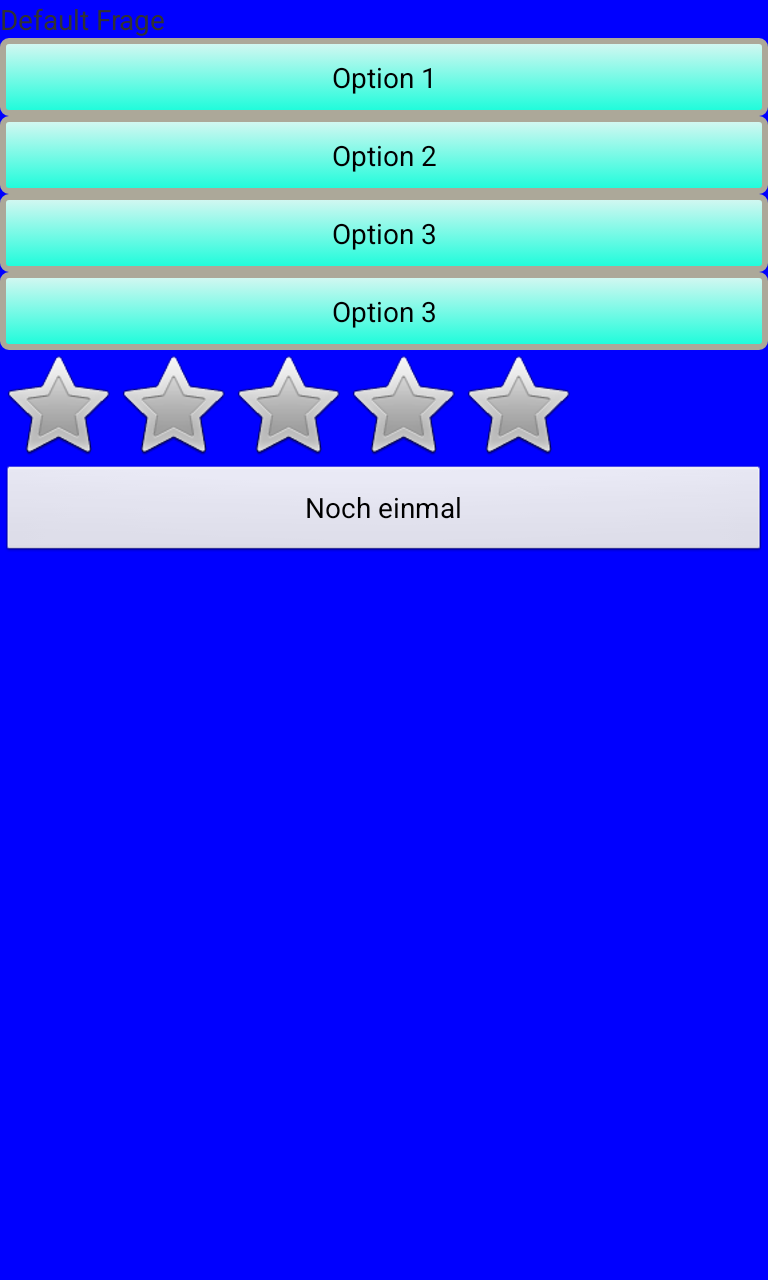
Repository: rueckemann/WWM
Layout: WWM/res/layout/main.xml
These files come from the project's save history. The layout is drawn as it stood at one moment and after the next save; the edit follows.
It is drawn on a 768 x 1280 px phone screen (xhdpi) without system bars, with theme WWM_Style; the app's code is not run.

Above is the layout before, as saved 2012-02-20 20:21:24.

### WWM/res/layout/main.xml
<?xml version="1.0" encoding="utf-8"?>

<LinearLayout xmlns:android="http://schemas.android.com/apk/res/android"
	    android:id="@+id/Layout1"
	    android:layout_width="fill_parent"
	    android:layout_height="fill_parent"
	    android:orientation="vertical" >


    <TextView
        android:id="@+id/tvQuestion"
        android:layout_width="fill_parent"
        android:layout_height="wrap_content"
        android:text="@string/frage" />

		<Button
            android:id="@+id/btOption1"
            android:layout_width="fill_parent"
            android:layout_height="wrap_content"
            android:background="@drawable/button_selector"
            android:text="@string/option1" />
    <Button
        android:id="@+id/btOption2"
        android:layout_width="fill_parent"
        android:layout_height="wrap_content"
        android:background="@drawable/button_selector"
        android:text="@string/option2"  />

    <Button
        android:id="@+id/btOption3"
        android:layout_width="fill_parent"
        android:layout_height="wrap_content"
        android:background="@drawable/button_selector"
        android:text="@string/option3" />


    <Button
        android:id="@+id/btOption4"
        android:layout_width="fill_parent"
        android:layout_height="wrap_content"
        android:background="@drawable/button_selector"
        android:text="@string/option4" />

 <RatingBar
        android:id="@+id/ratingBar1"
        android:layout_width="wrap_content"
        android:layout_height="wrap_content"
        android:stepSize="1"
        android:numStars="5" />

    <Button
        android:id="@+id/btRetry"
        android:layout_width="fill_parent"
        android:layout_height="wrap_content"
        android:text="@string/retry" />

</LinearLayout>

### WWM/res/values/styles.xml
<?xml version="1.0" encoding="utf-8"?>
<resources>

   <style name="WWM_Style" parent="android:Theme.Light">

        <item name="android:textAppearance">@style/WWM_TextAppearance</item>

        <item name="android:windowTitleBackgroundStyle">@color/titlebackgroundcolor</item>
        <item name="android:background">@color/blue</item>
 <!--        <item name="android:windowBackground">@color/black</item>
    		<item name="android:colorBackground">@color/red</item> -->
    </style>

   <style name="WWM_TextAppearance" parent="@android:style/TextAppearance">
	    <item name="android:textSize">12sp</item>
	    <item name="android:textColor">#fff</item>
	    <item name="android:textStyle">bold</item>
	  </style>
</resources>

### WWM/res/values/colors.xml
<?xml version="1.0" encoding="utf-8"?>
<resources>
     <color name="black">#000</color>
     <color name="blue">#00f</color>
     <color name="red">#f00</color>
     <color name="grey">#f00</color>
     <color name="yellow1">#F9E60E</color>
	   <color name="yellow2">#F9F89D</color>
	   <color name="orange4">#F7BE45</color>
	   <color name="orange5">#F7D896</color>
	   <color name="blue2">#19FCDA</color>
	   <color name="blue25">#D9F7F2</color>
	   <color name="grey05">#ACA899</color>
	   <color name="white1">#FFFFFF</color>
	   <color name="white2">#DDDDDD</color>

     <color name="titlebackgroundcolor">#3232CD</color>
     <color name="backgroundcolor">#3232CD</color>
     <color name="titletextcolor">#FFFF00</color>

</resources>

### WWM/res/values/strings.xml
<?xml version="1.0" encoding="utf-8"?>
<resources>

    <string name="app_name">Wer wird Millionär?</string>

    <string name="frage">Default Frage</string>
    <string name="stufe">Stufe 1</string>
    <string name="option1">Option 1</string>
    <string name="option2">Option 2</string>
    <string name="option3">Option 3</string>
    <string name="option4">Option 3</string>

    <string name="retry">Noch einmal</string>
</resources>

### WWM/res/drawable-hdpi/button_selector.xml
<?xml version="1.0" encoding="UTF-8"?>

<selector
    xmlns:android="http://schemas.android.com/apk/res/android">

    <item android:state_pressed="true" >
        <shape>
            <gradient
                android:startColor="@color/blue"
                android:endColor="@color/blue"
                android:angle="270" />
            <stroke
                android:width="3dp"
                android:color="@color/grey" />
            <corners
                android:radius="3dp" />
            <padding
                android:left="10dp"
                android:top="10dp"
                android:right="10dp"
                android:bottom="10dp" />
        </shape>
    </item>

    <item android:state_focused="true" >
        <shape>
            <gradient
                android:endColor="@color/orange4"
                android:startColor="@color/orange5"
                android:angle="270" />
            <stroke
                android:width="3dp"
                android:color="@color/grey05" />
            <corners
                android:radius="3dp" />
            <padding
                android:left="10dp"
                android:top="10dp"
                android:right="10dp"
                android:bottom="10dp" />
        </shape>
    </item>

    <item>
        <shape>
            <gradient
                android:endColor="@color/blue2"
                android:startColor="@color/blue25"
                android:angle="270" />
            <stroke
                android:width="3dp"
                android:color="@color/grey05" />
            <corners
                android:radius="3dp" />
            <padding
                android:left="10dp"
                android:top="10dp"
                android:right="10dp"
                android:bottom="10dp" />
        </shape>
    </item>
</selector>

After the next save:
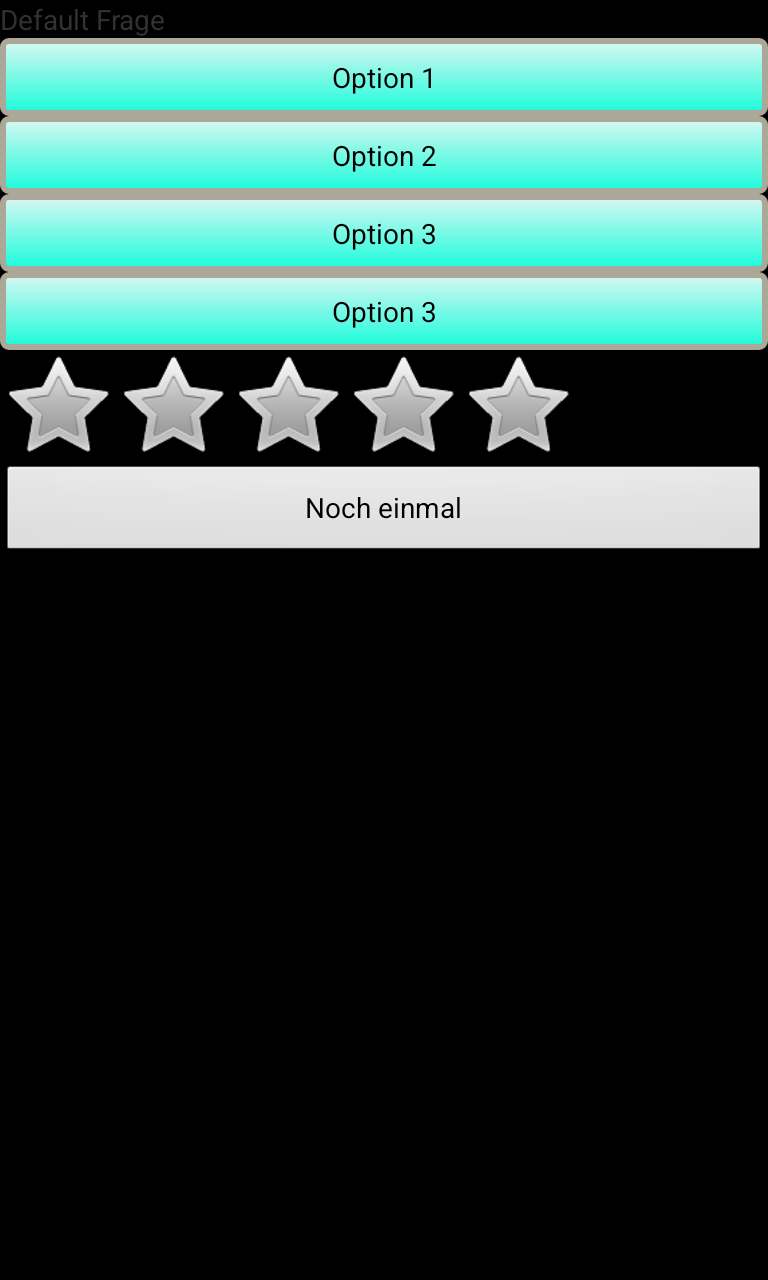
Saved 58 s later.
--- a/WWM/res/values/styles.xml
+++ b/WWM/res/values/styles.xml
@@ -6,9 +6,9 @@
         <item name="android:textAppearance">@style/WWM_TextAppearance</item>
 
         <item name="android:windowTitleBackgroundStyle">@color/titlebackgroundcolor</item>
-        <item name="android:background">@color/blue</item>
- <!--        <item name="android:windowBackground">@color/black</item>
-    		<item name="android:colorBackground">@color/red</item> -->
+      <!--   <item name="android:background">@color/blue</item> -->
+         <item name="android:windowBackground">@color/black</item>
+    		<item name="android:colorBackground">@color/red</item>
     </style>
 
    <style name="WWM_TextAppearance" parent="@android:style/TextAppearance">

After the 5 saves that followed:
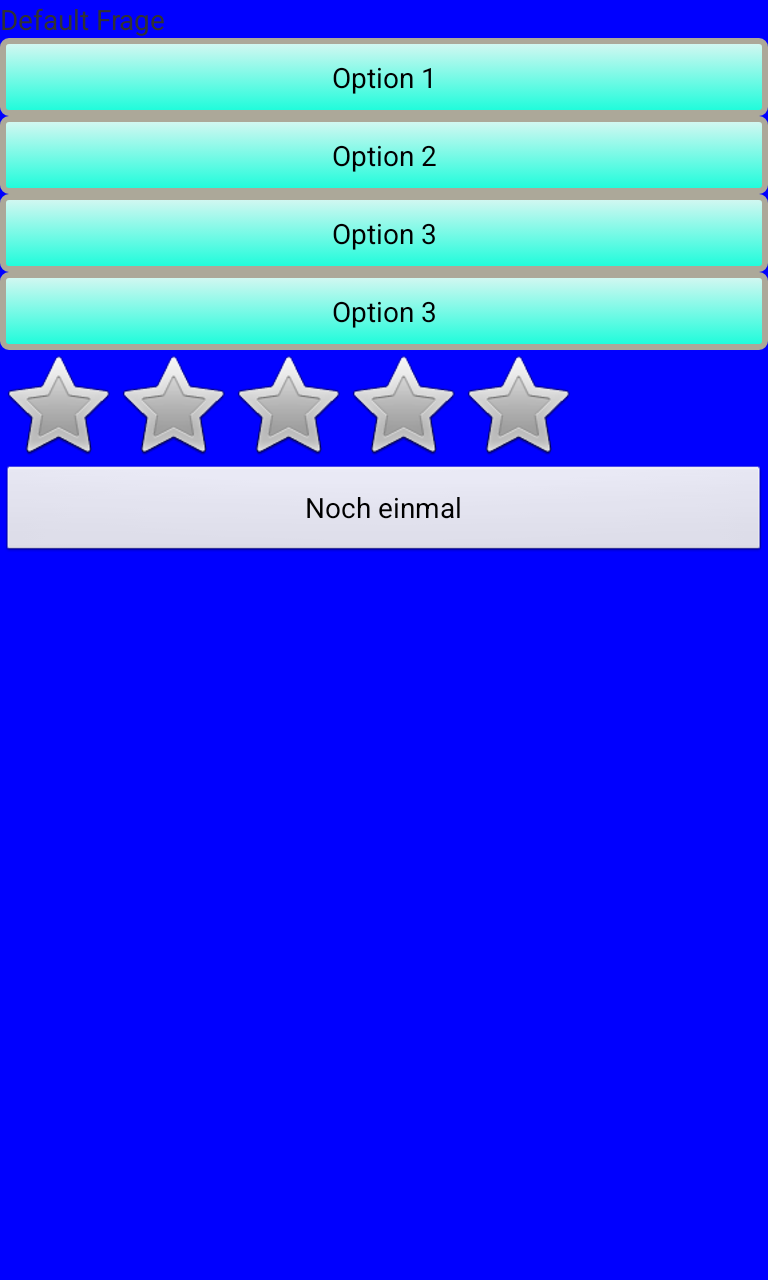
The 5 saves are shown as one change because 4 left the picture as it was.
The last was saved 3 min 9 s later.
--- a/WWM/res/values/styles.xml
+++ b/WWM/res/values/styles.xml
@@ -6,14 +6,12 @@
         <item name="android:textAppearance">@style/WWM_TextAppearance</item>
 
         <item name="android:windowTitleBackgroundStyle">@color/titlebackgroundcolor</item>
-      <!--   <item name="android:background">@color/blue</item> -->
-         <item name="android:windowBackground">@color/black</item>
-    		<item name="android:colorBackground">@color/red</item>
+         <item name="android:background">@color/blue</item>
     </style>
 
    <style name="WWM_TextAppearance" parent="@android:style/TextAppearance">
-	    <item name="android:textSize">12sp</item>
-	    <item name="android:textColor">#fff</item>
+	    <item name="android:textSize">14sp</item>
+	    <item name="android:textColor">#F7BE45</item>
 	    <item name="android:textStyle">bold</item>
 	  </style>
 </resources>
